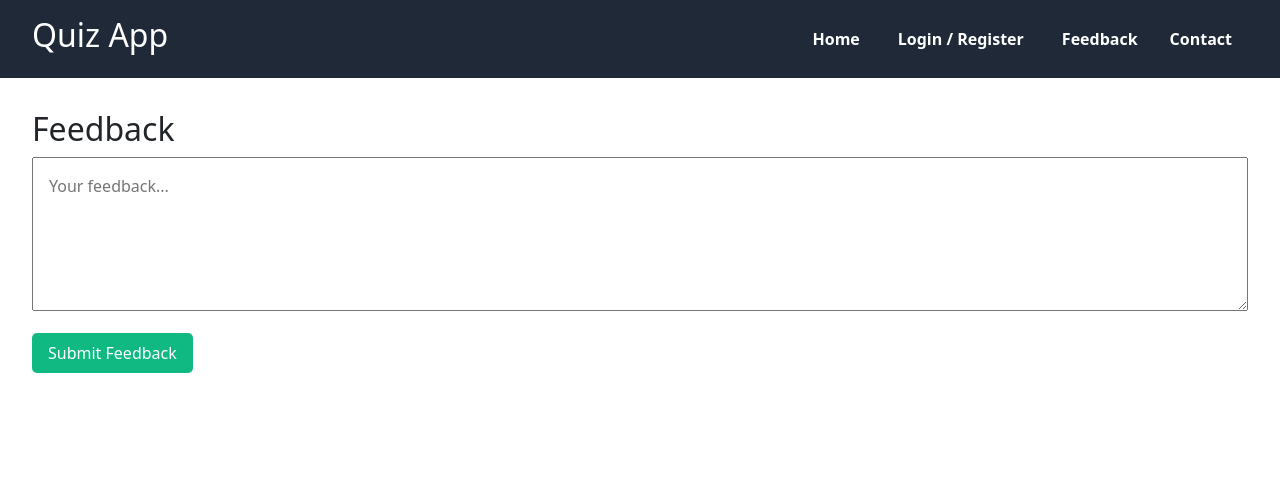
Repository: lalit9168/quizApp
Page: /feedback (app in frontend/)
An editor plug-in stored every save of this project. The page is shown before and after the next save, followed by the edit.
The browser window is 1280 px wide. The pictures show the whole page.
The project was rebuilt for these pictures with package versions that can differ from the ones it lists, and the page was loaded fresh each time. Also part of the build but not shown: frontend/vite.config.js, frontend/src/index.css, frontend/src/Components/Login/Login.jsx, frontend/src/Components/Home/Home.jsx, frontend/src/Components/PrivateRoute.jsx, frontend/src/Components/api.js, frontend/src/Components/Quiz/QuizPage.jsx, frontend/src/Components/Quiz/QuizDash.jsx and 7 more.

Above is the page before, as saved 2025-06-08 23:56:27.

After the next save:
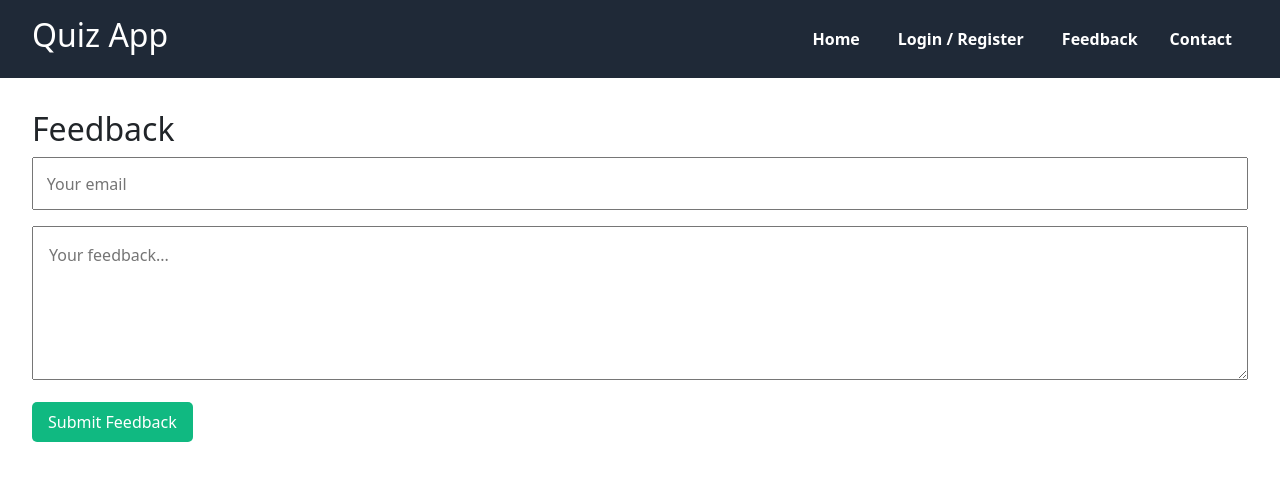
Saved 8 min 5 s later.
--- a/frontend/src/Components/LandingPage/Feedback.jsx
+++ b/frontend/src/Components/LandingPage/Feedback.jsx
@@ -10,10 +10,10 @@ const Feedback = () => {
 
     emailjs
       .sendForm(
-        "service_b20b3tk",       // your service ID
-        "template_9ce9qog",      // your template ID
+        "service_b20b3tk",          // ✅ your EmailJS service ID
+        "template_9ce9qog",         // ✅ your EmailJS template ID
         form.current,
-        "KDOP8W9aCiO1Omj2E"      // your public key
+        "KDOP8W9aCiO1Omj2E"         // ✅ your EmailJS public key
       )
       .then(
         () => {
@@ -21,7 +21,7 @@ const Feedback = () => {
           form.current.reset();
         },
         (error) => {
-          console.error("Email send error:", error);
+          console.error("Email send error:", error.text);
           alert("Failed to send feedback.");
         }
       );
@@ -33,16 +33,24 @@ const Feedback = () => {
       <div style={{ padding: "2rem" }}>
         <h2>Feedback</h2>
         <form ref={form} onSubmit={sendEmail}>
-          {/* Hidden recipient email */}
-          <input type="hidden" name="email" value="lalitchaudhari003@gmail.com" />
+          {/* User email input */}
+          <input
+            type="email"
+            name="user_email"
+            placeholder="Your email"
+            required
+            style={{ width: "100%", padding: "0.8rem", marginBottom: "1rem" }}
+          />
 
+          {/* Feedback message */}
           <textarea
             name="message"
             placeholder="Your feedback..."
             rows={5}
+            required
             style={{ width: "100%", padding: "1rem", marginBottom: "1rem" }}
-            required
           />
+
           <button
             type="submit"
             style={{
@@ -50,7 +58,7 @@ const Feedback = () => {
               backgroundColor: "#10b981",
               color: "white",
               border: "none",
-              borderRadius: "5px"
+              borderRadius: "5px",
             }}
           >
             Submit Feedback
